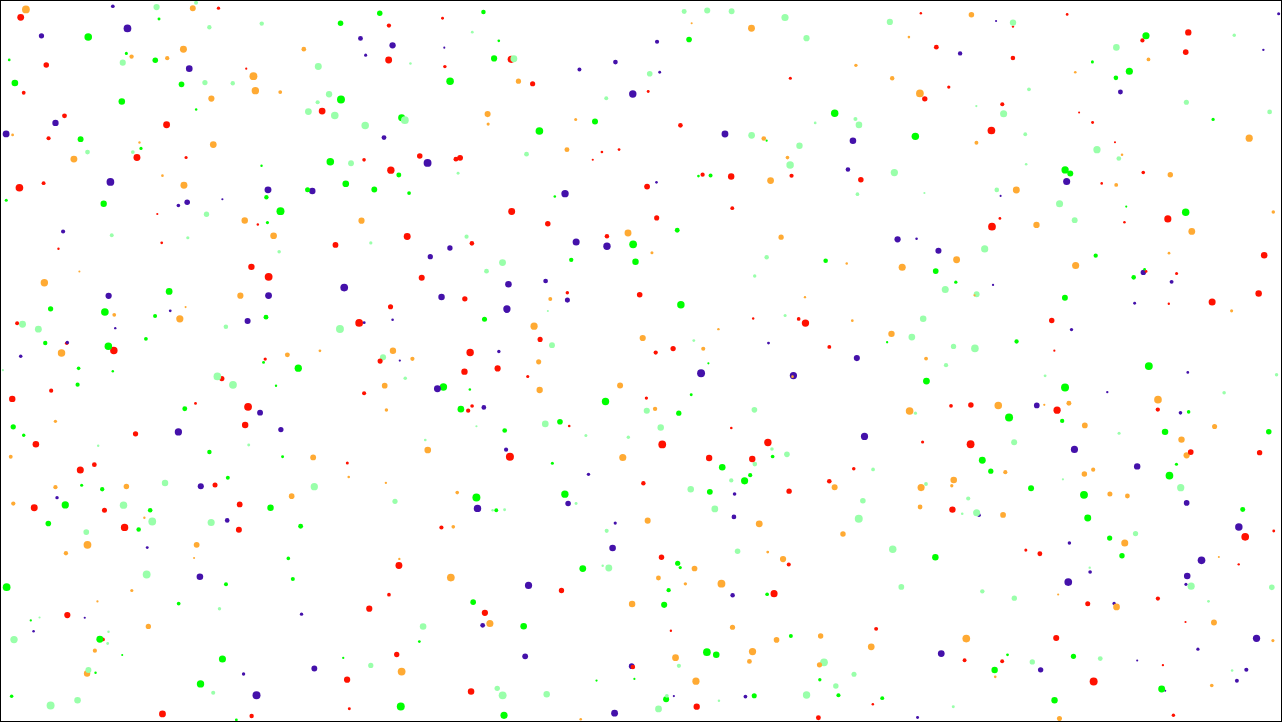
Repository: msminsu/study-canvas
Page: canvas/index.html
These files come from the project's save history. The page is drawn as it stood at one moment and after the next save; the edit follows.
The browser window is 1280 px wide. The page is 1282 px wide, so the pictures cover 1282 px, including what lies to the right of the window. The pictures show the whole page.

Above is the page before, as saved 2018-11-26 08:49:18.

### canvas/index.html
<!DOCTYPE html>
<html lang="en">
<head>
    <meta charset="UTF-8">
    <title>Document</title>
    <style>
        body{
            margin: 0;
        }
        canvas{
            width:100%;
            height: 100vh;
            border:1px solid black

        }
    </style>
</head>
<body>
    <canvas></canvas>
</body>
<script>
    var canvas = document.querySelector('canvas');
    canvas.width = window.innerWidth;
    canvas.height = window.innerHeight;

    var c = canvas.getContext('2d');

    // c.fillRect(100,100, 20, 20);


    /* c.beginPath();
    c.arc(200,200,30, 0, Math.PI * 2, false);
    c.strokeStyle = 'blue';
    c.stroke(); */


var mouse = {
    x:undefined,
    y: undefined
}

var maxRadius = 40;
// var minRadius = 2;

var colorArray = [
    '#ffaa33',
    '#99ffaa',
    '#00ff00',
    '#4411aa',
    '#ff1100',
]

window.addEventListener('mousemove',
function(event){
 mouse.x = event.x;
 mouse.y = event.y;
}
)

window.addEventListener('resize',function(){
    canvas.width = window.innerWidth;
    canvas.height = window.innerHeight;
});

function Circle(x,y, dx, dy, radius){
        this.x = x;
        this.y = y;
        this.dx = dx;
        this.dy = dy;
        this.radius = radius;
        this.minRadius = radius;
        this.color = colorArray[ Math.floor(Math.random() * colorArray.length)];

        this.draw = function(){
            c.beginPath();
            c.arc(this.x, this.y, this.radius, 0, Math.PI * 2, false);
            c.fillStyle = this.color;
            //c.stroke();
            c.fill();
        }

        this.updat = function(){
            if( this.x + this.radius > innerWidth || this.x -this.radius < 0){
            this.dx = -this.dx;
            }

            if( this.y + this.radius > innerHeight || this.y -this.radius < 0){
                this.dy = -this.dy;
            }
            this.x += this.dx;
            this.y += this.dy;

            //
            if(mouse.x - this.x < 50 && mouse.x - this.x > -50
            && mouse.y - this.y < 50 && mouse.y - this.y > -50
            ){
                if(this.radius < maxRadius){
                    this.radius += 1;
                }

            }else if(this.radius > this.minRadius){
                this.radius -= 1;
            }

            this.draw();
        }
}


var circle = new Circle(200, 200, 3,3, 30);

// circle.draw();






var circleArr = [];
function init(){

    circleArr = [];
for(var i =0; i<800; i++){
    var radius = Math.random() *3 + 1;
    var x = Math.random() * (innerWidth - radius * 2) + radius;
    var y = Math.random() * (innerHeight - radius * 2) + radius;
    var dx = (Math.random() - 0.5); //* 8;
    var dy = (Math.random() - 0.5); //* 8;
    circleArr.push(new Circle(x, y, dx, dy, radius));
}
}

    function animate(){
        requestAnimationFrame(animate);


        c.clearRect(0, 0, innerWidth, innerHeight);

        for(var i = 0; i<circleArr.length; i++){
            circleArr[i].updat();
        }
        // circle.draw();

        // c.beginPath();
        // c.arc(x,y,radius, 0, Math.PI * 2, false);
        // c.strokeStyle = 'blue';
        // c.stroke();

       /*  if( x + radius > innerWidth || x -radius < 0){
            dx = -dx;
        }

        if( y + radius > innerHeight || y -radius < 0){
            dy = -dy;
        }
        x += dx;
        y += dy; */
    }

    init();
animate();

</script>
</html>

After the next save:
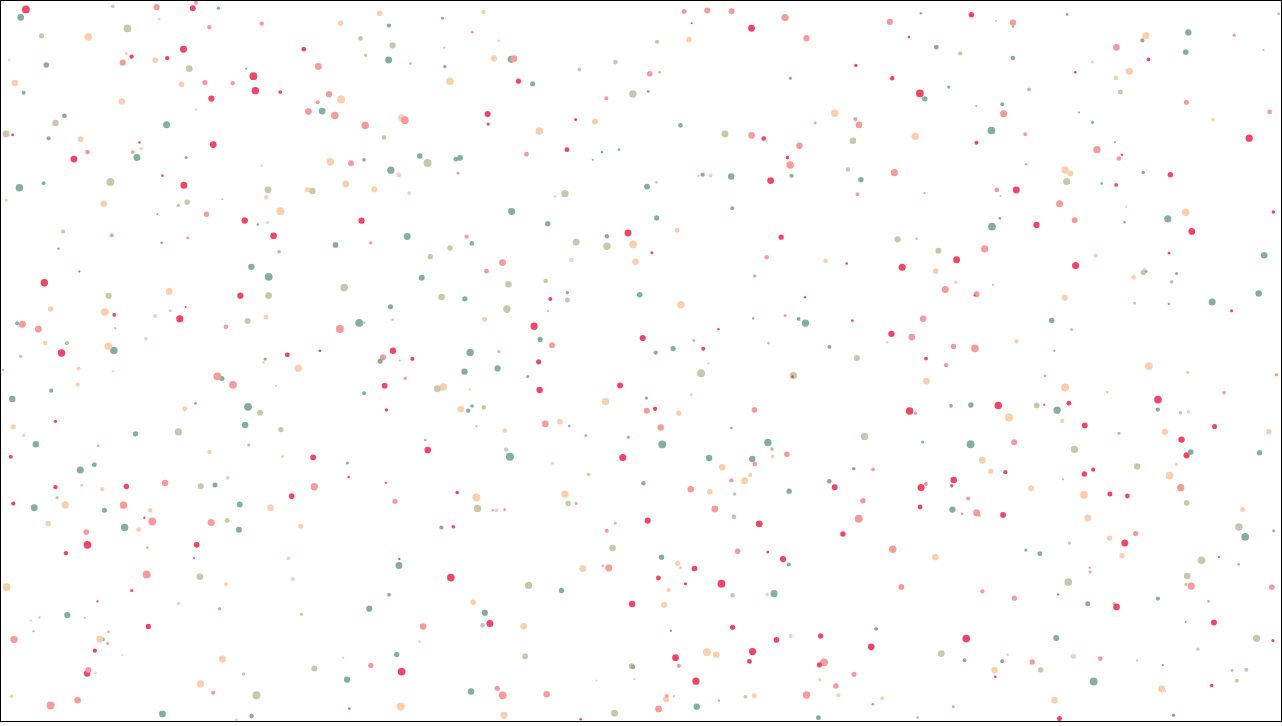
Saved 2 min 49 s later.
--- a/canvas/index.html
+++ b/canvas/index.html
@@ -43,11 +43,11 @@ var maxRadius = 40;
 // var minRadius = 2;
 
 var colorArray = [
-    '#ffaa33',
-    '#99ffaa',
-    '#00ff00',
-    '#4411aa',
-    '#ff1100',
+    '#EF4666',
+    '#F69B9A',
+    '#FBCEAE',
+    '#C7C8A9',
+    '#84AF9C',
 ]
 
 window.addEventListener('mousemove',
